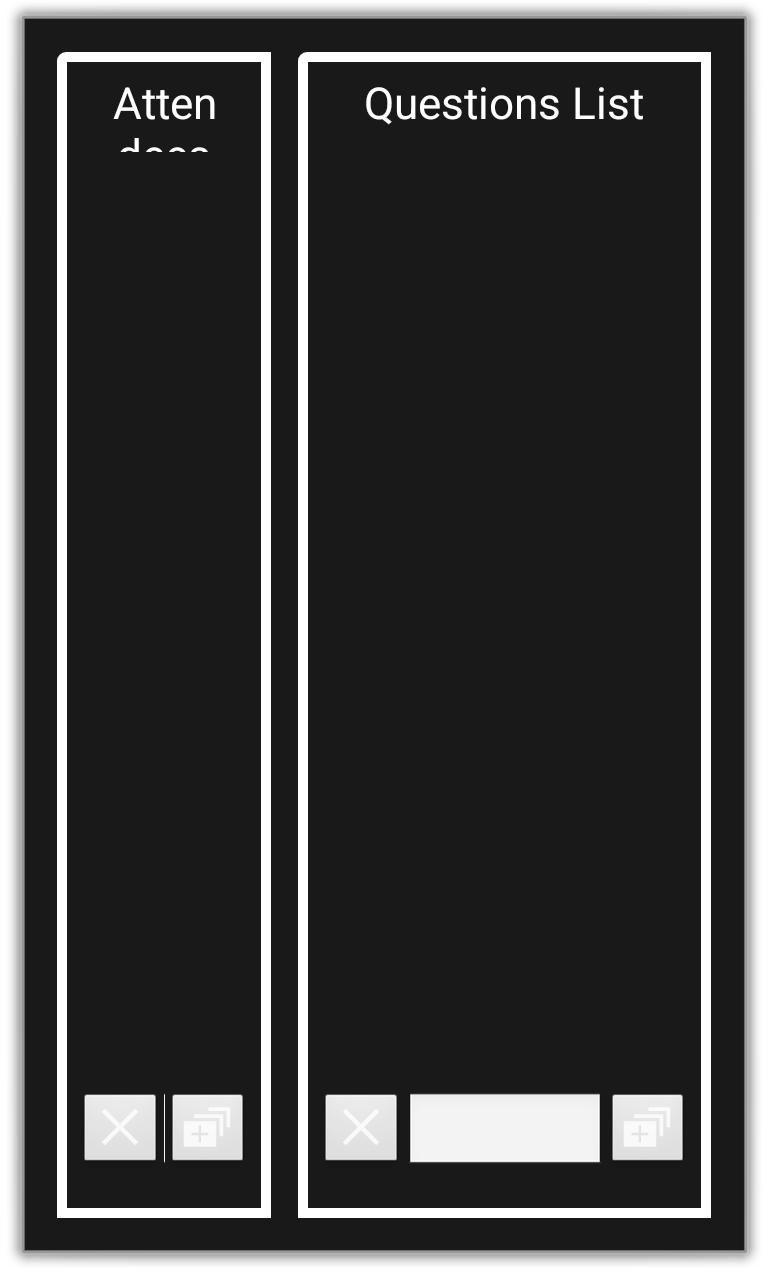
Repository: i-togui/TX
Layout: MM-Project/res/layout/activity_recorder.xml
An editor plug-in stored every save of this project. The layout is shown before and after the next save, followed by the edit.
It is drawn on a 768 x 1280 px phone screen (xhdpi) without system bars, with theme android:Theme.Dialog; the app's code is not run.

Above is the layout before, as saved 2013-12-31 20:37:53.

After the next save:
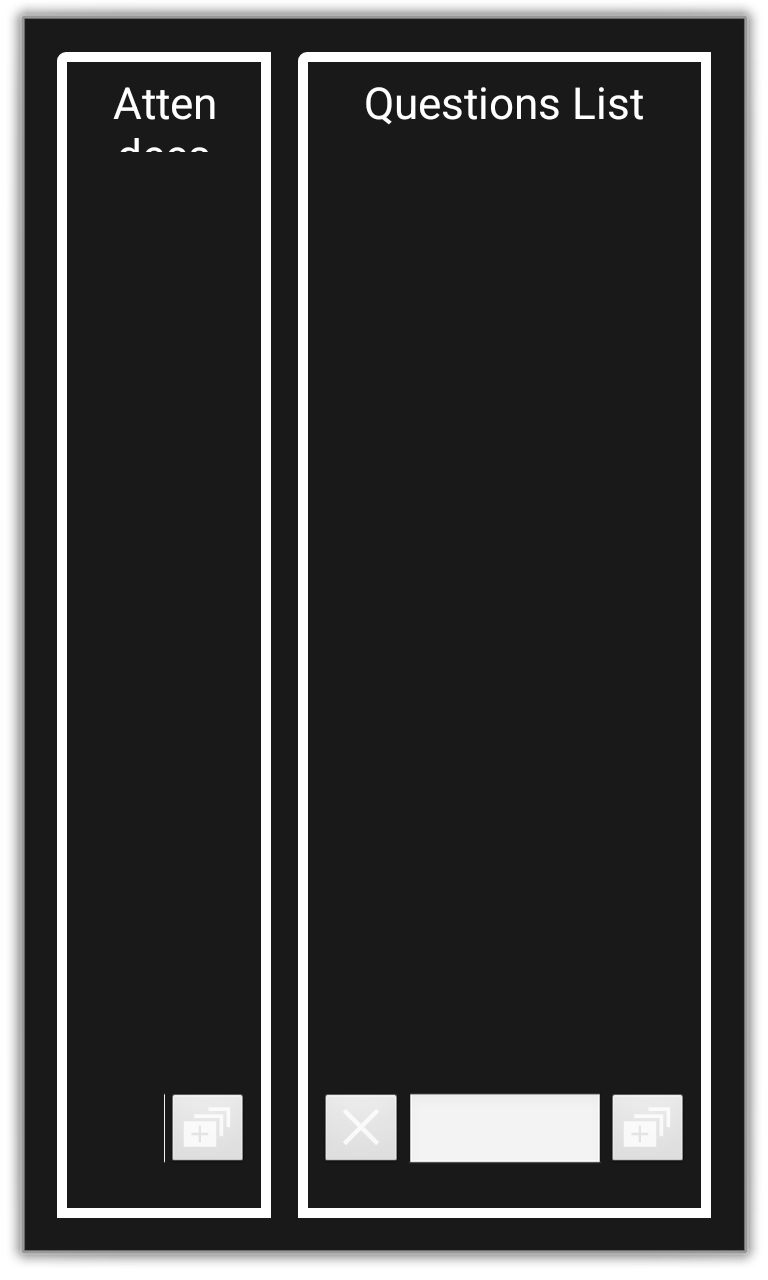
Saved 71 s later.
--- a/MM-Project/res/layout/activity_recorder.xml
+++ b/MM-Project/res/layout/activity_recorder.xml
@@ -66,7 +66,7 @@
 		        android:layout_height="wrap_content"
 		        android:layout_weight="1.0"
 		        android:src="@drawable/ic_action_remove"
-		        android:clickable="false"
+		        android:visibility="invisible"
 		        android:onClick="removeAttendee" />
 	    		<EditText
                 android:id="@+id/text_attendee"
